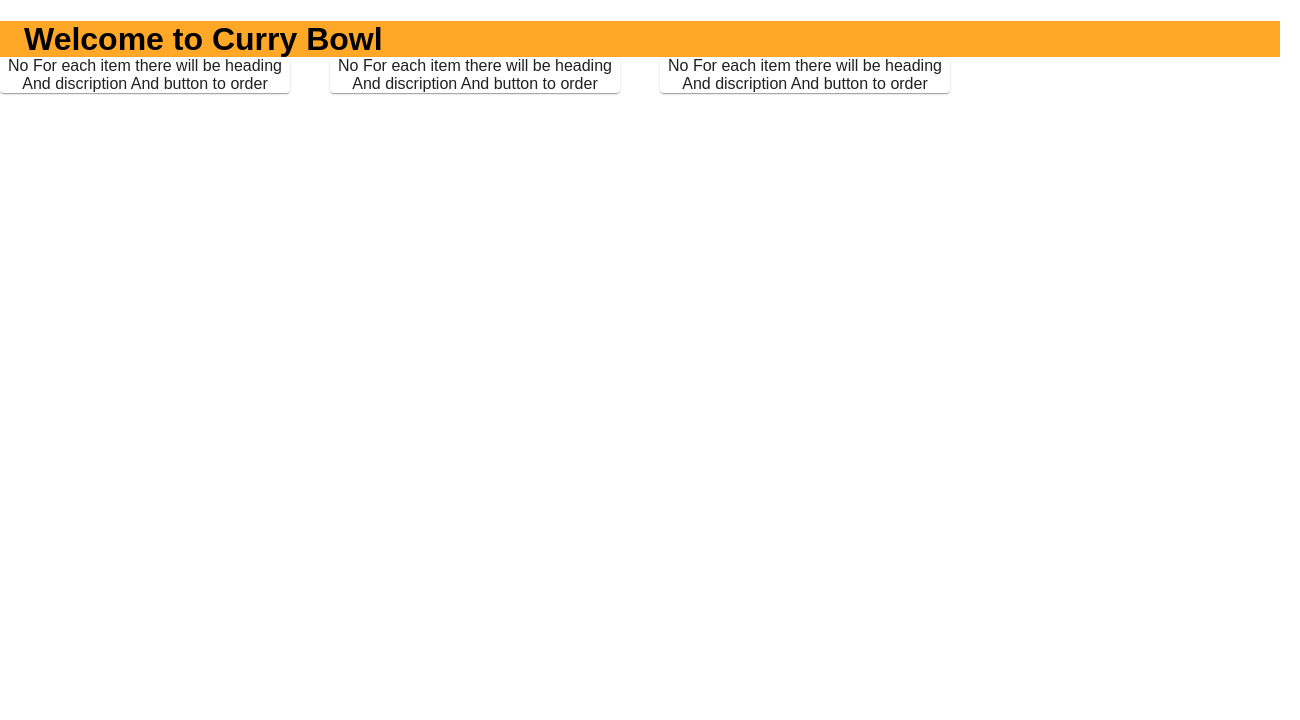
Repository: appikonda/food-order
Page: /
An editor plug-in stored every save of this project. The page is shown before and after the next save, followed by the edit.
The browser window is 1280 px wide. The page is 1300 px wide, so the pictures cover 1300 px, including what lies to the right of the window. The pictures show the whole page.
The project was rebuilt for these pictures with package versions that can differ from the ones it lists, and the page was loaded fresh each time. Also part of the build but not shown: webpack.config.js, src/App.css.

Above is the page before, as saved 2019-08-15 16:31:02.

After the next save:
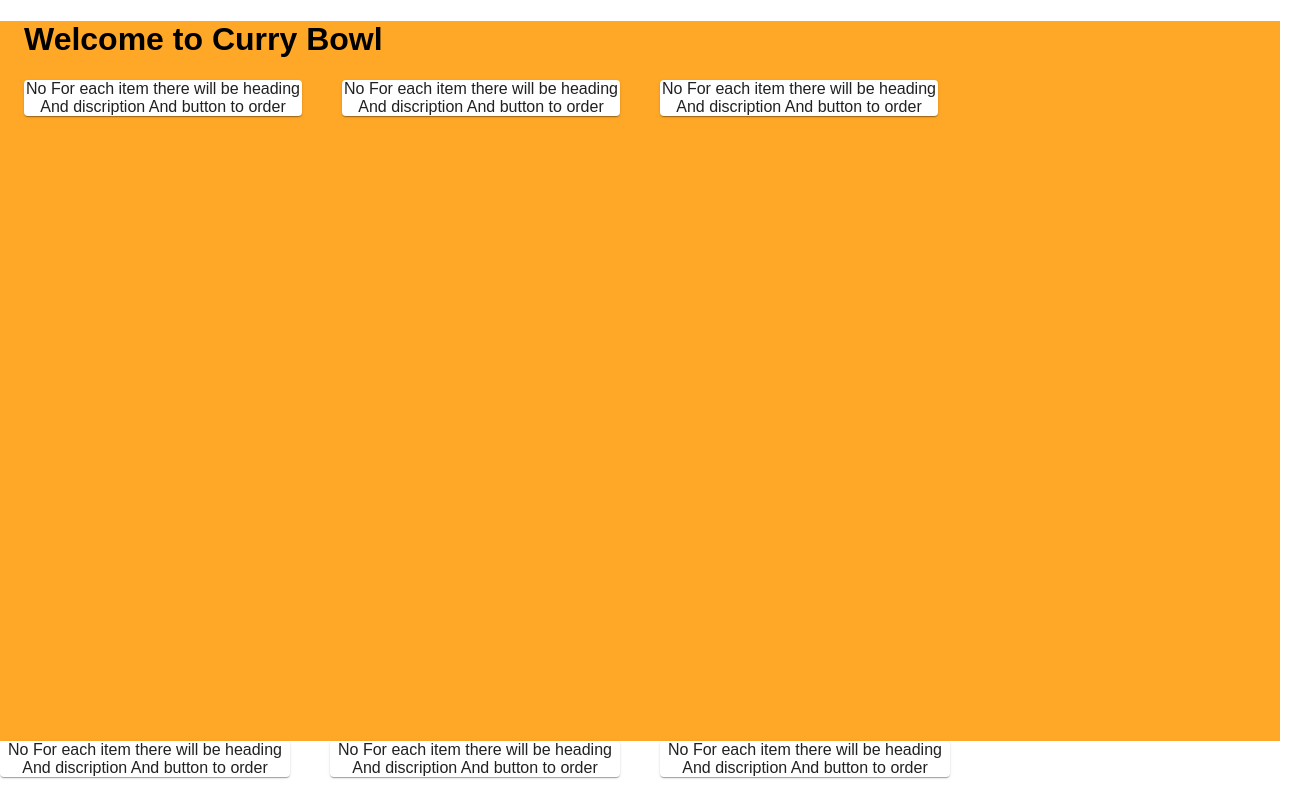
Saved 41 min 50 s later.
--- a/src/OrderFood.jsx
+++ b/src/OrderFood.jsx
@@ -21,8 +21,34 @@ class OrderFood extends Component {
     return (
       <div >
 
-      <Container  fixed style={{ backgroundColor: '#ffa726', height: '5vh' }}>
+      <Container  fixed style={{ backgroundColor: '#ffa726', height: '100vh' }}>
       <h1>Welcome to Curry Bowl</h1>
+      <Grid container spacing={5}>
+
+        <Grid item xs={6} sm={3}  >
+          <Paper style={{      textAlign: 'center',      color: '#212121'  }}>No   For each item there will be heading
+  And discription
+  And button to order</Paper>
+        </Grid>
+        <Grid item xs={6} sm={3} >
+          <Paper style={{  textAlign: 'center',  color: '#212121'  }}>
+        No
+  For each item there will be heading
+  And discription
+  And button to order</Paper>
+        </Grid>
+        <Grid item xs={6} sm={3}>
+          <Paper style={{
+
+  textAlign: 'center',
+  color: '#212121'
+  }}>No
+  For each item there will be heading
+  And discription
+  And button to order</Paper>
+        </Grid>
+
+  </Grid>
 
 
 
